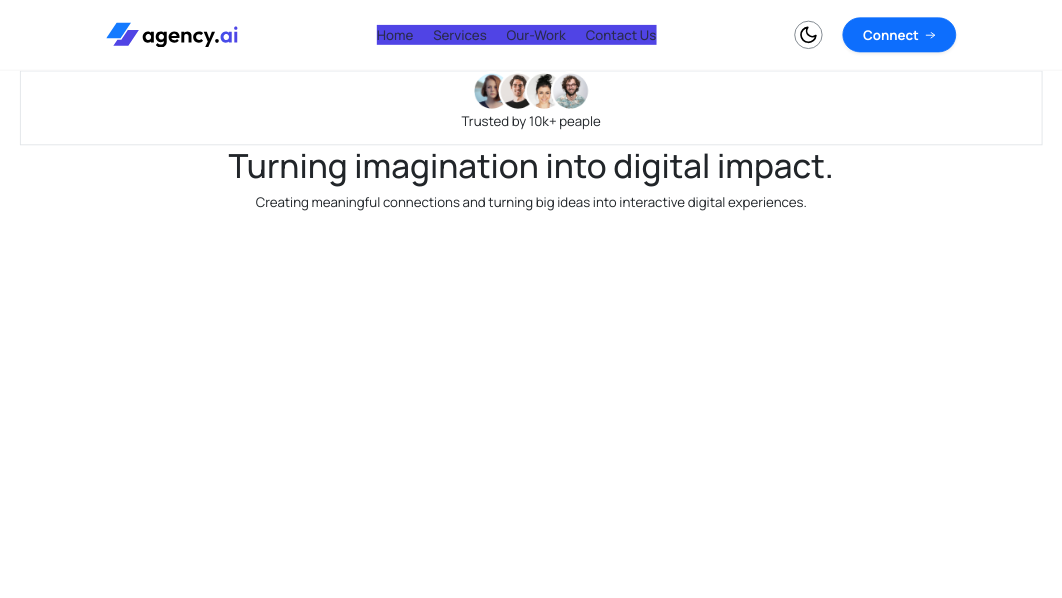
Repository: RAMADAN975/modern-agency-portfolio
Page: /
These files come from the project's save history. The page is drawn as it stood at one moment and after the next save; the edit follows.
The browser window is 1280 px wide. The pictures show the whole page, at 83% of full size.
The project was rebuilt for these pictures with package versions that can differ from the ones it lists, and the page was loaded fresh each time. Also part of the build but not shown: vite.config.js.

Above is the page before, as saved 2026-03-23 21:08:53.

After the next save:
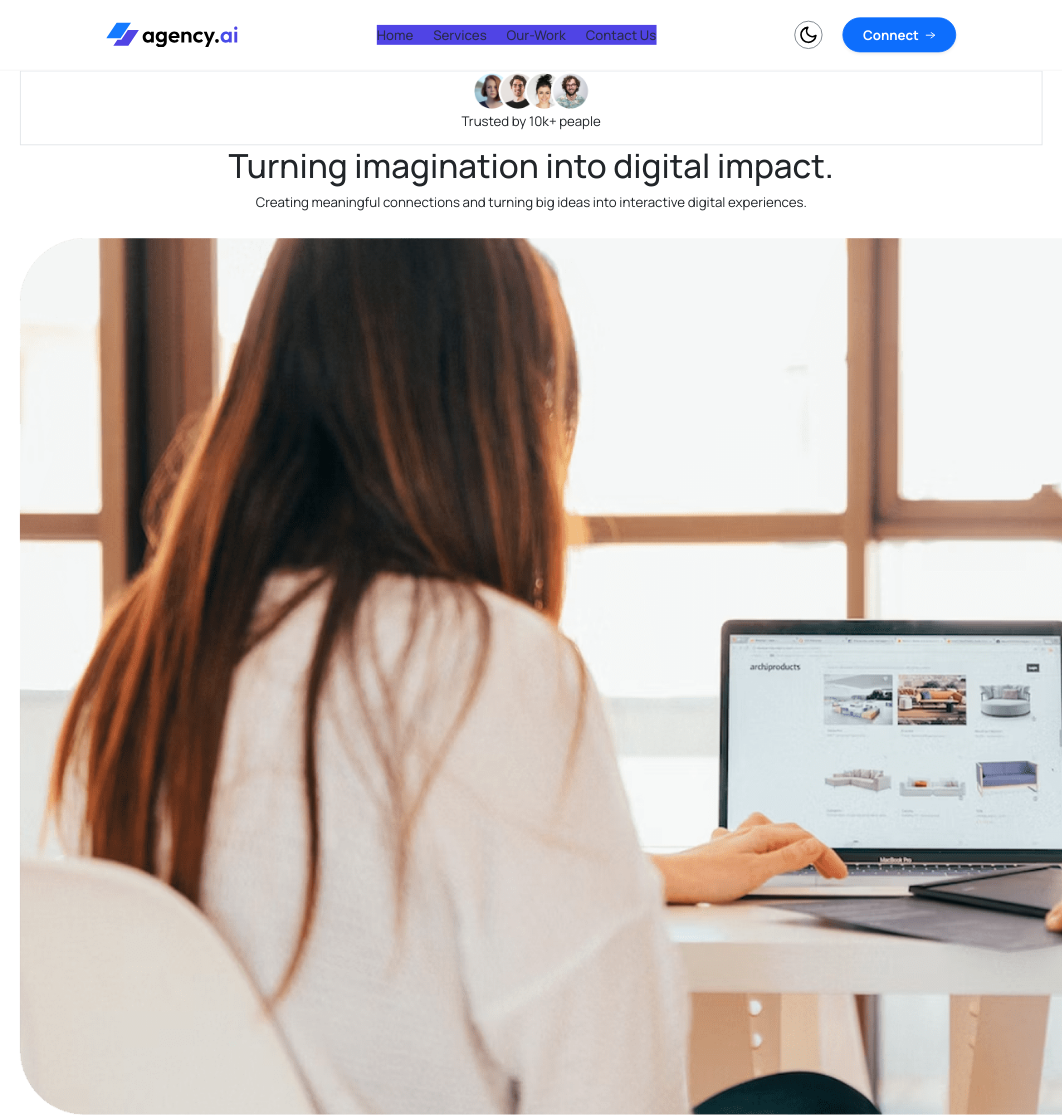
Saved 84 s later.
--- a/src/Components/Hero.jsx
+++ b/src/Components/Hero.jsx
@@ -14,6 +14,10 @@
 
             <p className='text-sm sm:text-lg font-medium text-gray-500 dark:text-white/75 max-w-4/5 sm:max-w-lg pb-3'>Creating meaningful connections and turning big ideas into interactive digital experiences.</p>
 
+            <div className='relative'>
+                <img src={assets.hero_img} alt="" className='w-full max-w-6xl' />
+            </div>
+
         </div>
     )
 }
